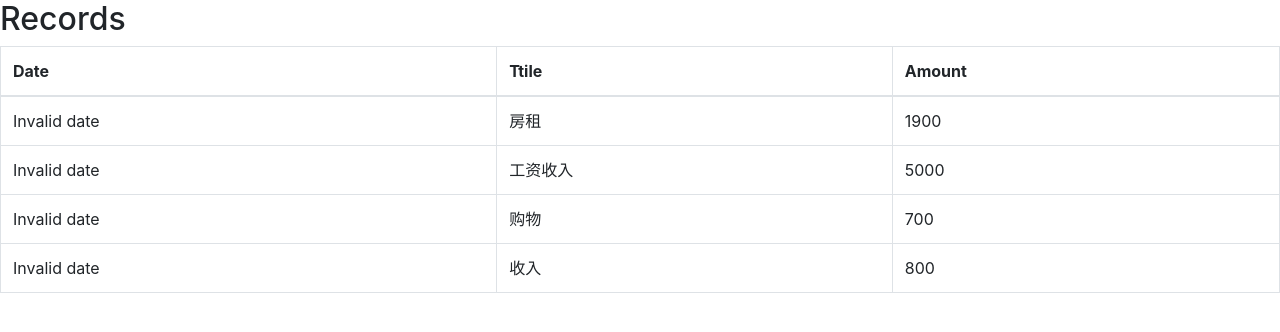
Repository: wjszydygns/accouts
Page: /
An editor plug-in stored every save of this project. The page is shown before and after the next save, followed by the edit.
The browser window is 1280 px wide. The pictures show the whole page.
The page's requests for data from a server got no answer. The project was rebuilt for these pictures with package versions that can differ from the ones it lists, and the page was loaded fresh each time. No one was signed in, and anything a server would have sent is missing.

Above is the page before, as saved 2018-11-30 10:11:18.

After the next save:
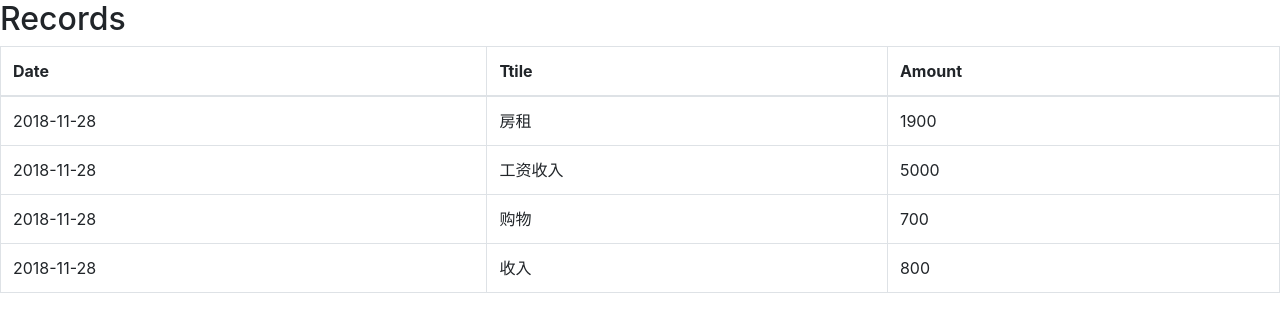
Saved 2 min 17 s later.
--- a/src/components/records.jsx
+++ b/src/components/records.jsx
@@ -46,7 +46,7 @@ class RecordList extends Component {
           <tbody>
             {
               this.state.records.map((item,index)=>{
-                 item.date=Moment.unix(Number.parseInt(item.data)).format("YYYY-MM-DD")
+                 item.date=Moment(item.data).format("YYYY-MM-DD")
                  return <Record  key={item.id} record={item}/>
 
               })
